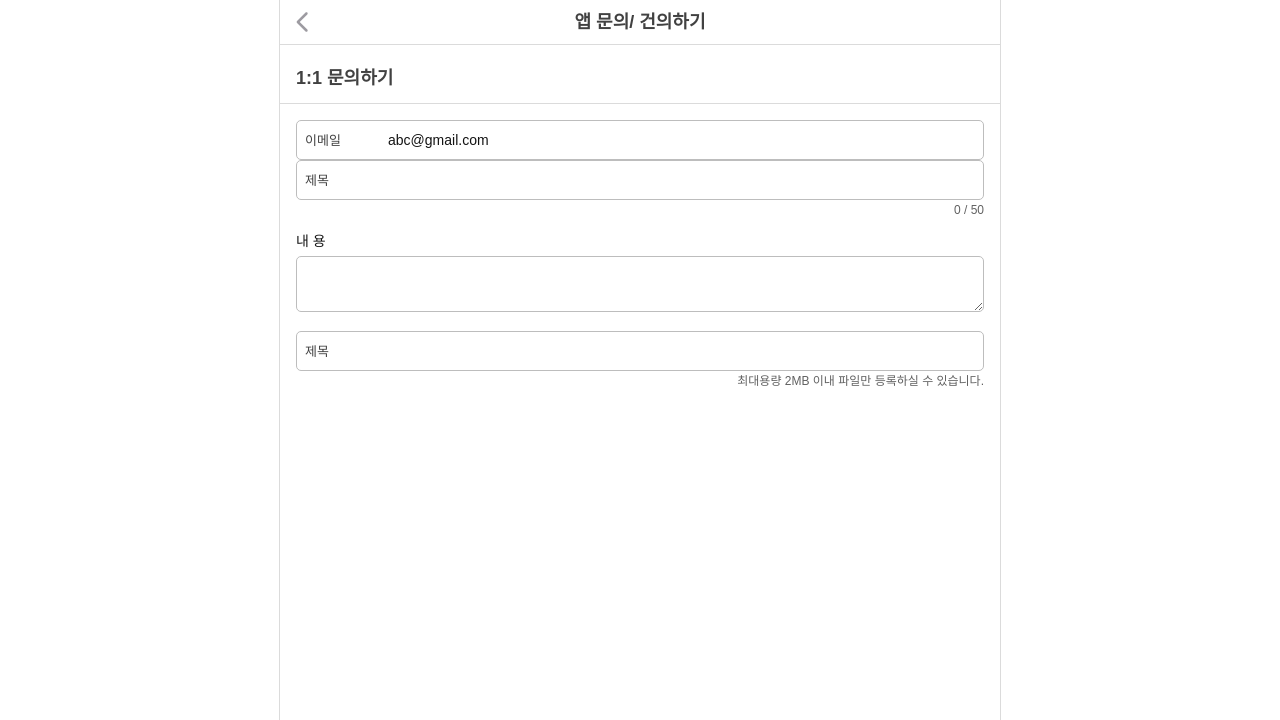
Repository: gosun1018/denguru
Page: my_complain_write.html
The author's editor kept a copy of each file at every save. The page is drawn from the files as they stood at one save, then again after the next save.
The browser window is 1280 px wide. The pictures show the whole page.
Some web fonts or font styles are not loaded; a fallback is used. The style sheet was rebuilt from its Sass, Less or Tailwind sources for each picture, by a compiler version that may differ from the author's.

Above is the page before, as saved 2020-03-23 15:58:00.

### my_complain_write.html
<!DOCTYPE html>
<html lang="en">
<head>
    <meta charset="UTF-8">
    <meta name="viewport" content="width=device-width, initial-scale=1.0">
    <title>DENGURU:: 앱 문의/ 건의하기</title>
    <link rel="stylesheet" href="css/main.css">
</head>
<body>
    <div class="wrap">
        <header class="header03 header03_white">
            <h1 class="h_title">앱 문의/ 건의하기</h1>
            <div class="btn_box">
                <a href="javascript:history.back();" class="btn_goback btn_left">
                    <img src="images/icon-goback.svg" alt="이전페이지" class="icon">
                </a>
            </div>
        </header>

        <div class="main">
            <div class="pd_header03"></div>
            <div class="complain_container">
                <h2 class="title08">1:1 문의하기</h2>

                <div class="complain_write_container">
                    <form onsubmit="return false;">
                        <div class="inp_box04">
                            <div class="inp_txt_box">
                                <label for="complainEmail" class="lab_txt">이메일</label>
                                <input type="email" name="complainTitle" class="inp_txt js-input" id="complainEmail" value="abc@gmail.com" label="이메일" disabled>
                            </div>
                        </div>
                        <div class="inp_box04">
                            <div class="inp_txt_box">
                                <label for="complainTitle" class="lab_txt">제목</label>
                                <input type="text" name="complainTitle" class="inp_txt js-input" id="complainTitle" label="제목">
                            </div>
                            <div class="txt_right inp_message js-txt-limit">
                                0 / 50
                            </div>
                        </div>
                        <div class="inp_box02">
                            <div class="lab_box">
                                <label for="reviewTip" class="lab">내 용</label>
                            </div>
                            <div class="inp_box">
                                <textarea name="reviewTip" id="reviewTip" class="inp inp_textarea" onkeydown="resizeTextarea(this)" onkeyup="resizeTextarea(this)"></textarea>
                            </div>
                        </div>
                        <div class="inp_box04">
                            <div class="inp_txt_box">
                                <label for="complainTitle" class="lab_txt">제목</label>
                                <div class="inp_txt"></div>
                                <input type="email" name="complainTitle" class="inp_txt js-input" id="complainTitle">
                            </div>
                            <div class="txt_right inp_message js-txt-limit">
                                최대용량 2MB 이내 파일만 등록하실 수 있습니다.
                            </div>
                        </div>
                    </form>
                </div>
            </div>
        </div>
    </div>
</body>
</html>

### css/scss/main.scss
@charset "utf-8";

//utils
@import "utils/variables";
@import "utils/mixins";
@import "utils/animations";

// base
@import "base/reset";
@import "base/layout";
@import "base/typography";

//modules
@import "modules/swipercustom";
@import "modules/form";
@import "modules/button";
@import "modules/popup";
@import "modules/popover";
@import "modules/toast";
@import "modules/pagination";

//component
@import "component/header";
@import "component/navigation";
@import "component/itemlist";
@import "component/reviewlist";
@import "component/taglist";
@import "component/postlist";
@import "component/postcontent";

//pages
@import "pages/mainpg";
@import "pages/search";
@import "pages/resister-pet";
@import "pages/review";
@import "pages/home-item-info";
@import "pages/gostore";
@import "pages/password-mail-complete";
@import "pages/storelist";
@import "pages/my-main";
@import "pages/my-notification";
@import "pages/members";
@import "pages/withdrawal";
@import "pages/order-history";
@import "pages/mycomplain";

### css/scss/utils/_variables.scss
@import url(https://cdn.jsdelivr.net/gh/moonspam/NanumSquare@1.0/nanumsquare.css);

//base color
$main-color: #7953d0;//#5f4899;
$main-bold-color: #5b13d6;
$secondary-color: #ffb025;
$accent-color: #ff4d7e;//#d72d5c;
$primary-color: #0095c6;
$bg-gray-color: #f3f1f6;

//gray-scale
$gray-0: #fff;
$gray-1: #f5f5f5;
$gray-2: #dbdbdb;
$gray-3: #bdbdbd;
$gray-4: #9e9e9e;
$gray-5: #747474;
$gray-6: #616161;
$gray-7: #414141;
$gray-8: #141414;

//FONT

//font-color
$bold-font-color: $gray-8;
$base-font-color: $gray-7;
$light-font-color: $gray-6;
$x-light-font-color: $gray-5;
$main-font-color: $main-color;
$main-bold-font-color: $main-bold-color;
$accent-font-color: $accent-color;
$primary-font-color: $primary-color;

//font-family
$base-font-family: 'NanumSquare','Apple SD Gothic Neo','Malgun Gothic',arial,sans-serif;

//font-size
$base-font-size: 14px;
$xsmall-font-size: ceil($base-font-size * 0.71); //10px
$small-font-size: ceil($base-font-size * 0.85); //12px
$mid-font-size: ceil($base-font-size * 0.92); //13px
$large-font-size: ceil($base-font-size * 1.14); //16px

$title-font-size: ceil($base-font-size * 1.28); //18px

//line-height
$base-line-height: 1.4;
$narrow-line-height: 1.2;
$mid-line-height: 1.6;
$wide-line-height: 1.8;

//
$layout-base-padding: 16px;
$layout-small-padding: $layout-base-padding / 2;
$layout-large-padding: $layout-base-padding * 1.5;

// border
$base-border: 1px solid $gray-3;
$light-border: 1px solid $gray-2;
$x-light-border: 1px solid $gray-1;
$main-border: 1px solid $main-color;
$secondary-border: 1px solid $secondary-color;
$accent-border: 1px solid $accent-color;
$primary-border: 1px solid $primary-color;

//border-radius
$base-border-radius: 5px;
$large-border-radius: 10px;

// fixed component height
$gnb-bottom-height: $layout-base-padding * 3.5;
$nav-gostore-height: 48px;

$header-height01: $layout-base-padding * 3.5;
$header-height02: $layout-base-padding * 3.5;
$header-height03: 45px;
$header-height04: 45px;
$header-height05: 45px;
$header-height06: $layout-base-padding * 3.5;

### css/scss/utils/_mixins.scss
@mixin clearfix {
    &:after {
        content: '';
        display: block;
        clear: both;
    }
}

@mixin position-center($position) {
    position: $position;
    top: 50%;
    left: 50%;
    transform: translate(-50%, -50%);
}

@mixin one-line-ellipsis {
    white-space: nowrap;
    text-overflow: ellipsis;
    overflow: hidden;
}

@mixin multi-line-ellipsis ($line-height, $lines) {
    overflow: hidden;
    text-overflow: ellipsis;
    display: -webkit-box;
    -webkit-line-clamp: $lines;
    -webkit-box-orient: vertical;
    word-wrap: break-word;
    line-height: $line-height;
    height: $line-height * $lines * 1em;
}

@mixin circle ($box-size) {
    width: $box-size;
    height: $box-size;
    border-radius: $box-size / 2;
}

@mixin blind {
    position: absolute;
    overflow: hidden;
    clip: rect(0 0 0 0);
    margin: -1px;
    width: 1px;
    height: 1px;
}

@mixin layout-frame {
    width: 100%;
    max-width: 720px;
    min-width: 320px;
}

@mixin thumnail {
    position: relative;
    overflow: hidden;

    .img {
        position: absolute;
        top: 0;
        left: 0;
        width: 100%;
        height: 100%;
        object-fit: cover;
    }
}

@mixin thumnail-border($radius) {
    position: relative;

    &:after {
        content: '';
        position: absolute;
        top: 0;
        left: 0;
        width: 100%;
        height: 100%;
        box-sizing: border-box;
        border: 1px solid rgba($gray-2, 0.5);
        border-radius: $radius;
    }
}

@mixin btn-color-full($color) {
    background-color: $color;
    border: 1px solid $color;
}

### css/scss/utils/_animations.scss
@keyframes width-0-to-100 {
    from {
        width: 0;
    }

    to {
        width: 100%;
    }
}

### css/scss/base/_reset.scss
/* http://meyerweb.com/eric/tools/css/reset/
   v2.0 | 20110126
   License: none (public domain)
*/

html, body, div, span, applet, object, iframe, h1, h2, h3, h4, h5, h6, p, blockquote, pre, a, abbr, acronym, address, big, cite, code, del, dfn, em, img, ins, kbd, q, s, samp, small, strike, strong, sub, sup, tt, var, b, u, i, center, dl, dt, dd, ol, ul, li, fieldset, form, label, legend, table, caption, tbody, tfoot, thead, tr, th, td, article, aside, canvas, details, embed, figure, figcaption, footer, header, hgroup, menu, nav, output, ruby, section, summary, time, mark, audio, video {
    margin: 0;
    padding: 0;
    border: 0;
    font-size: 100%;
    font: inherit;
    vertical-align: baseline; }

  /* HTML5 display-role reset for older browsers */

  article, aside, details, figcaption, figure, footer, header, hgroup, menu, nav, section {
    display: block; }

  body {
    line-height: 1; }

  ol, ul {
    list-style: none; }

  blockquote, q {
    quotes: none; }

  blockquote {
    &:before, &:after {
      content: '';
      content: none; } }

  q {
    &:before, &:after {
      content: '';
      content: none; } }

  table {
    border-collapse: collapse;
    border-spacing: 0; }

  a {
    color: inherit;
    text-decoration: none;
  }
  :focus {
    outline-color: $main-color;
  }

### css/scss/base/_layout.scss
body {
    display: flex;
    min-height: 100vh;
    font-family: $base-font-family;
}
.blind {
    @include blind;
}
.clearfix {
    @include clearfix;
}
.wrap {
    display: flex;
    flex-direction: column;
    flex: 1;
    @include layout-frame;
    margin: 0 auto;
    background-color: $bg-gray-color;
}
@media screen and (min-width: 722px) {
    .wrap {
        border-right: $light-border;
        border-left: $light-border;
    }
}
.main {
    display: flex;
    flex-direction: column;
    min-height: 100vh;
}
.img_box {
    font-size: 0;

    .img {
        width: 100%;
        font-size: 12px;
    }
}
.vis_hidden {
    visibility: hidden;
}
.sect01 {
    padding: $layout-base-padding*3 0 0;
    margin-bottom: $layout-base-padding;
    background-color: $gray-0;

    .btn_box_bottom {
        margin-top: $layout-large-padding;
    }
    .btn_more {
        display: block;
        height: $layout-base-padding * 3;
        line-height: $layout-base-padding * 3;
        font-size: $base-font-size;
        border-top: $light-border;
        text-align: center;
        color: $main-font-color;
        font-weight: bold;

        .icon {
            width: 1.1em;
            vertical-align: middle;
        }
    }
}
.sect02 {
    padding: $layout-base-padding*3 0;
    margin-bottom: $layout-base-padding;
    background-color: $gray-0;

    .swiper-pagination {
        bottom: 0;
    }
    .items_wrap {
        padding-bottom: 10px;
    }
}
.sect03 {
    padding: $layout-small-padding;
    background-color: $gray-0;
}
.sect04 {
    margin-top: $layout-base-padding;
    background-color: $gray-0;
}
.sect05 {
    padding: $layout-large-padding 0;
    background-color: $gray-0;
}
.sect06 {
    padding: $layout-base-padding*2 0;
    background-color: $gray-0;
}
.sect_ad01 {
    font-size: 0;

    .bnr {
        width: 100%;
        font-size: 12px;
    }
}
.mt_head02 {
    margin-top: $layout-base-padding * 3.5;
}

### css/scss/modules/_swipercustom.scss
.swiper-pagination {

    .swiper-pagination-bullet {
        width: 10px;
        height: 10px;
    }
}
.swiper-container-horizontal>.swiper-pagination-bullets .swiper-pagination-bullet {
    margin: 0 $layout-small-padding;
}

.pagination_main {

    .swiper-pagination-bullet-active {
        background-color: $main-color;
    }
}
.swiper-pagination {font-size: 0;}

.items_wrap.swiper-container {
    padding: 0 $layout-base-padding 10px;
}

### css/scss/modules/_popover.scss
.popover_container {
    position: relative;
}
.popover {
    display: none;
    position: absolute;
    padding: 8px;
    border-radius: $base-border-radius;
    word-break: keep-all;
    font-size: $base-font-size;
    line-height: $base-line-height;
    box-shadow: 0 1px 4px rgba(0,0,0,0.15);

    &:before {
        content: '';
        position: absolute;
        display: block;
        width: 0;
        height: 0;
        border: 5px solid transparent;
    }
    &.show {
        display: block;
    }
}
.popover_main {
    background-color: $main-color;
    color: $gray-0;

    &.popover_right_top:before {
        border-bottom-color: $main-color;
    }
}
.popover_right_top{
    top: calc(100% + 5px);
    right: -3px;

    &:before {
        top: -10px;
        right: 5px;
    }
}

### css/scss/modules/_toast.scss
.toast_box {
    position: fixed;
    bottom: $gnb-bottom-height;
    left: $layout-base-padding;
    right: $layout-base-padding;
    display: flex;
    justify-content: center;
    align-items: center;
    padding: $layout-small-padding;
    min-height: 48px;
    box-sizing: border-box;
    background-color: rgba(0,0,0,0.85);
    color: #fff;
    font-size: $base-font-size;
    line-height: $base-line-height;
    text-align: center;
    word-break: keep-all;
    border-radius: $large-border-radius;
    overflow: hidden;
    visibility: hidden;
    opacity: 0;
    transition: opacity .5s, visibility .5s, transform .5s;
    z-index: 900;

    &.show {
        opacity: 1;
        visibility: visible;
        transform: translate(0, $layout-small-padding*-1);
    }
}

### css/scss/modules/_pagination.scss
.pagination01 {
    display: flex;
    justify-content: center;

    .page {
        height: 24px;
        min-width: 24px;
        padding: 0 3px;
        box-sizing: border-box;
        border-radius: 12px;
        margin: 0 4px;
        text-align: center;
        font-size: $base-font-size;
        line-height: 24px;
        color: $light-font-color;

        &.active {
            background-color: $main-color;
            color: $gray-0;
            font-weight: 900;
        }
        &.disabled {
            opacity: .5;
        }
    }
    .page_link {
        display: block;
        width: 100%;
        height: 100%;
    }
}

### css/scss/component/_taglist.scss
.tag_list01 {

    .tag_item {
        width: fit-content;
        float: left;

        .btn {
            margin: 0 4px;
        }
        &:first-child .btn {
            margin-left: $layout-base-padding;
        }
        &:last-child .btn {
            margin-right: $layout-base-padding;
        }

        &.active .btn {
            font-weight: bold;
            background-color: $secondary-color;
            border-color: $secondary-color;
        }
    }
}

### css/scss/component/_postlist.scss
.post_list_wrap {
    flex: 1;
    padding: $layout-small-padding 0 $layout-base-padding;
    background-color: $gray-0;

    .pagination01 {
        margin-top: $layout-base-padding * 2;
    }
}

.post_list01 {
    padding: 0 $layout-base-padding;

    .post_item {
        padding: $layout-base-padding 0;
        border-bottom: $light-border;
    }
    .post_date {
        margin-bottom: $layout-small-padding;
        font-size: $small-font-size;
        color: $light-font-color;
    }
    .post_title {
        font-size: $base-font-size;
        color: $bold-font-color;
        @include multi-line-ellipsis($base-line-height,2);
        height: auto;
        max-height: $base-line-height * 2em;

        .icon_new {
            height: 1em;
            vertical-align: middle;
        }
    }
}

### css/scss/component/_postcontent.scss
.post_content_wrap {
    flex: 1;
    display: flex;
    flex-direction: column;
}
.post_content_title_container {
    padding: $layout-base-padding;
    border-bottom: $light-border;

    .post_content_title {
        font-size: $large-font-size;
        line-height: $base-line-height;
        font-weight: bold;
        color: $base-font-color;
    }
    .post_content_date {
        margin-top: $layout-small-padding;
        font-size: $small-font-size;
        color: $light-font-color;
    }
}
.post_content_article {
    min-height: 200px;
    padding: $layout-large-padding $layout-base-padding;
    background-color: $gray-0;
    font-size: $mid-font-size;
    line-height: $mid-line-height;
    color: $base-font-color;
}
.post_content_link_container {
    flex: 1;
    padding: 0 $layout-base-padding;
    margin-top: $layout-base-padding;
    background-color: $gray-0;

    .post_content_link_box {
        margin-top: $layout-small-padding;
    }
    .post_content_link {
        display: flex;
        align-items: center;
    }
    .icon_box {
        width: 24px;
        height: 24px;

        .img {
            width: 100%;
            height: 100%;
        }
    }
    .post_page {
        margin: 0 $layout-small-padding;
        font-size: $mid-font-size;
        color: $base-font-color;
    }
    .post_title {
        font-size: $base-font-size;
        color: $bold-font-color;
        @include one-line-ellipsis;
    }

}

### css/scss/pages/_gostore.scss
.h_load_bar_box {
    display: none;
    width: 100%;
    height: 4px;
    background-color: $bg-gray-color;
    overflow: hidden;

    &.show {
        display: block;
    }

    .h_load_bar {
        width: 0;
        height: 100%;
        background-color: $main-color;
        border-radius: 0 2px 2px 0;
        animation: ease-in-out 5s forwards width-0-to-100;
    }
}

.load_gostore_container {
    display: none;
    flex: 1;
    box-sizing: border-box;
    flex-direction: column;
    background-color: $gray-0;

    &.show {
        display: flex;
    }

    .load_img_container {
        display: flex;
        flex: 7;
        justify-content: center;
        align-items: center;
    }
    .load_img_box {
        width: 140px;
        margin: 0 auto 22px;
    }
    .load_txt_box {
        text-align: center;

        .txt01 {
            font-size: 20px;
            color: $base-font-color;
            font-weight: 900;
        }
        .txt02 {
            margin-top: $layout-small-padding;
            font-size: $large-font-size;
            color: $base-font-color;
        }
        .emph {
            color: $main-font-color;
        }
    }
    .load_notice_container {
        display: flex;
        justify-content: center;
        align-items: center;
        flex: 3;
        background-color: $gray-1;
        text-align: center;
        font-size: $small-font-size;
        line-height: $base-line-height;
        color: $light-font-color;
    }
}
.page_store {
    display: none;
    flex: 1;
    overflow-y: auto;
    overflow-x: hidden;

    &.show {
        display: block;
    }
}

### css/scss/pages/_password-mail-complete.scss
.mail_complete_container {
    height: 100vh;
    display: flex;
    flex-direction: column;
    justify-content: center;
    align-items: center;
    background-color: $gray-0;

    .img_motion_box {
        width: 140px;
        margin: 0 auto;

        .img {
            width: 100%;
        }
    }
    .mail_complete_txt01 {
        margin-top: $layout-large-padding;
        text-align: center;
        font-size: 20px;
        line-height: $narrow-line-height;
        font-weight: 900;

        .emph {
            color: #8054ea;
        }
    }
    .mail_complete_txt02 {
        margin-top: 12px;
        text-align: center;
        font-size: $base-font-size;
        line-height: $base-line-height;
        color: $base-font-color;
    }
    .btn_box {
        margin-top: 60px;
        justify-content: center;
    }
    .btn_mail_success {
        width: 90px;
        height: 40px;
        font-size: $large-font-size;
        line-height: 40px;
    }
}

### css/scss/pages/_my-notification.scss
.notification_list_container {
    background-color: $gray-0;

    .notification_box {
        position: relative;
        padding: $layout-large-padding $layout-base-padding;

        &:not(:first-child):before {
            content: '';
            display: block;
            position: absolute;
            top: 0;
            left: $layout-base-padding;
            right: $layout-base-padding;
            height: 1px;
            background-color: $gray-1;
        }
    }
    .notification_new {
        background-color: $bg-gray-color;
    }
    .notification_link {
        display: flex;
    }
    .icon_box {
        flex-shrink: 0;
        width: 24px;
        height: 24px;
        margin-right: $layout-base-padding;
    }
    .notification_content {
        flex: 1;
    }
    .notification_title {
        font-size: $base-font-size;
        color: $bold-font-color;
        line-height: $base-line-height;
    }
    .notification_date {
        margin-top: 4px;
        font-size: $small-font-size;
        color: $light-font-color;
    }
    .notification_img {
        margin-top: $layout-base-padding;
    }
}

### css/scss/pages/_withdrawal.scss
.withdrawal_title_container {
    padding: $layout-base-padding*2 $layout-base-padding;
    background-color: $gray-0;

    .img_box {
        height: 64px;

        .img {
            height: 100%;
            object-fit: contain;
        }
    }
    .withdrawal_title {
        margin-top: $layout-base-padding;
        font-size: $title-font-size;
        font-weight: bold;
        color: $bold-font-color;
    }
}
.withdrawal_info_container {
    padding: $layout-large-padding 0;

    .withdrawal_item_num {
        font-weight: bold;
        color: $main-font-color;
    }
    .title07 {
        margin: 0 $layout-base-padding;
    }
}
.withdrawal_item_box {
    margin-bottom: $layout-large-padding;

    .withdrawal_item_list_container {
        margin-top: $layout-small-padding;
    }
    .thumb_box {
        width: 56px;
        height: 56px;
        overflow: hidden;
        border-radius: $base-border-radius;
        @include thumnail;
    }
    .withdrawal_item_bnr {
        margin: $layout-base-padding $layout-base-padding 0;
    }
}
.withdrawal_notice_box {
    padding: 0 $layout-base-padding;

    .withdrawal_notice {
        margin-top: $layout-small-padding;
        font-size: $small-font-size;
        color: $base-font-color;
        line-height: $base-line-height;
    }
}
.withdrawal_btn_container {
    flex: 1;
    padding: $layout-large-padding $layout-base-padding;
    background-color: $gray-0;

    .btn_box {
        margin-top: $layout-large-padding;
    }
}

Loaded but not shown: css/scss/component/_reviewlist.scss (472 lines, source omitted); css/scss/modules/_form.scss (411 lines, source omitted); css/scss/pages/_review.scss (397 lines, source omitted); css/scss/pages/_search.scss (393 lines, source omitted); css/scss/component/_header.scss (401 lines, source omitted); css/scss/component/_itemlist.scss (212 lines, source omitted); css/scss/modules/_popup.scss (207 lines, source omitted); css/scss/pages/_home-item-info.scss (180 lines, source omitted); css/scss/pages/_my-main.scss (173 lines, source omitted); css/scss/pages/_storelist.scss (163 lines, source omitted); css/scss/pages/_order-history.scss (143 lines, source omitted); css/scss/modules/_button.scss (175 lines, source omitted); css/scss/component/_navigation.scss (140 lines, source omitted); css/scss/pages/_mainpg.scss (124 lines, source omitted); css/scss/pages/_mycomplain.scss (114 lines, source omitted); css/scss/pages/_resister-pet.scss (116 lines, source omitted); css/scss/pages/_members.scss (106 lines, source omitted); css/scss/base/_typography.scss (109 lines, source omitted)

After the next save:
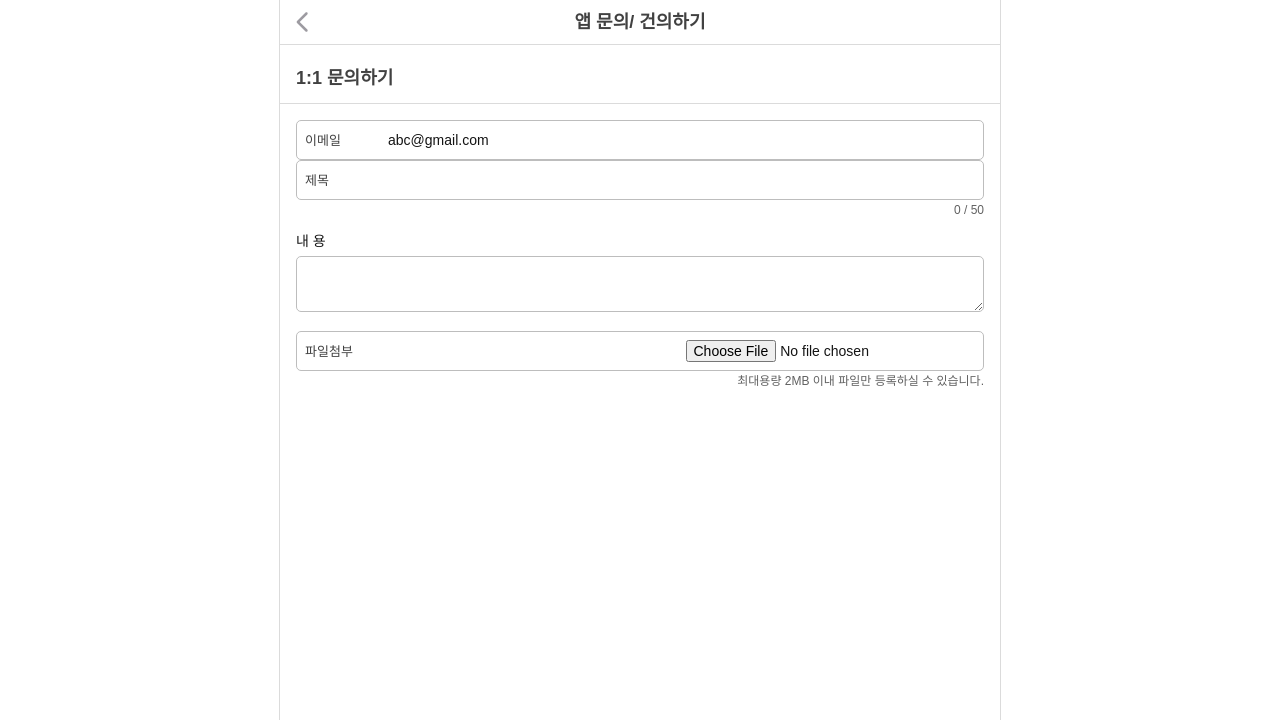
Saved 31 s later.
--- a/my_complain_write.html
+++ b/my_complain_write.html
@@ -49,9 +49,9 @@
                         </div>
                         <div class="inp_box04">
                             <div class="inp_txt_box">
-                                <label for="complainTitle" class="lab_txt">제목</label>
+                                <label for="complainFile" class="lab_txt">파일첨부</label>
                                 <div class="inp_txt"></div>
-                                <input type="email" name="complainTitle" class="inp_txt js-input" id="complainTitle">
+                                <input type="file" name="complainFile" class="inp_txt js-input" id="complainFile">
                             </div>
                             <div class="txt_right inp_message js-txt-limit">
                                 최대용량 2MB 이내 파일만 등록하실 수 있습니다.
